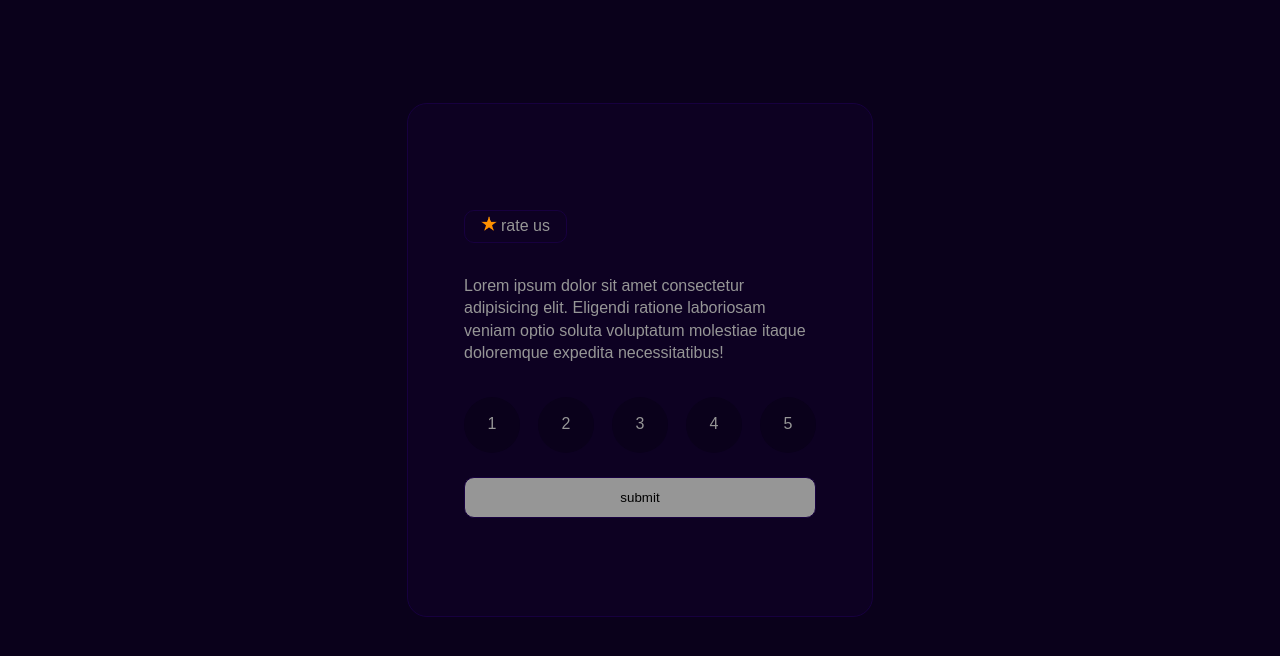
Repository: russel-success/xcodepp-TASK-2
Page: index.html
An editor plug-in stored every save of this project. The page is shown before and after a run of saves, followed by the edit.
The browser window is 1280 px wide. The pictures show the whole page.

Above is the page before, as saved 2024-05-25 10:18:18.

### index.html
<!DOCTYPE html>
<html lang="en">
<head>
    <meta charset="UTF-8">
    <meta name="viewport" content="width=device-width, initial-scale=1.0">
    <link rel="stylesheet" href="styles/styles.css">
    <title>Ratings</title>
</head>
<body>
    <div class="container">
        <div class="card-container">
            <div class="rate-us">
                <span><img src="assets/star.png" alt=""></span><span><p>rate us</p></span>
            </div>
            <div class="body-text-container"><p class="body-text">Lorem ipsum dolor sit amet consectetur adipisicing elit. Eligendi ratione laboriosam veniam optio soluta voluptatum molestiae itaque doloremque expedita necessitatibus!</p>
            </div>
            <div class="ratings-container">
                <div class="rating">1</div>
                <div class="rating">2</div>
                <div class="rating">3</div>
                <div class="rating">4</div>
                <div class="rating">5</div>
            </div>
            <div class="button-container"><button class="submit">submit</button></div>
        </div>
    </div>
    <script src="script.js"></script>
</body>
</html>

### styles/styles.css
/* :root{
    --prim-purple:rgb(8, 1, 30)
} */
*{
    padding:0;
    margin:0;
}
.container{
    background:rgb(10, 1, 27);
    width:100vw;
    height:100vh;
    display:flex;
    justify-content: center;
    align-items: center;
}
.card-container{
    width:30%;
    min-width:240px;
    height:60%;
    min-height:250px;
    box-sizing:content-box;
    padding:40px;
    margin:24px;
    border-radius: 20px;
    border:1px solid rgb(23, 0, 63);
    background:rgb(13, 1, 34);
    color:rgb(150, 150, 150);
    font-family:Arial, Helvetica, sans-serif;
    line-height: 1.4rem;
    font-weight:100;
    display:flex;
    /* align-items:center; */
    justify-content: center;
    flex-direction:column;
}
.rate-us{
    display: flex;
    justify-content:left;
    align-items: center;
    gap:4px;
    margin:16px;
    padding:4px 16px;
    border:1px solid rgb(23, 0, 63);
    border-radius:10px;
    width:fit-content;
    height:fit-content;
}
.rate-us img{
    width:16px;
}
.body-text-container{
    width:fit-content;
    height:fit-content;
    padding:16px;
}
.body-text{
    color:inherit;
}
.ratings-container{
    display:flex;
    justify-content:space-between;
    align-items: center;
    width:auto;
    height:56px;
    /* border:1px solid white; */
    margin:16px;
}
.rating{
    /* border:1px solid white; */
    width:56px;
    height:56px;
    /* min-width:40px;
    min-height:40px; */
    text-align:center;
    align-content:center;
    border-radius:28px;
    background:rgb(10, 1, 27);
    color:rgb(150, 150, 150);
    transition:background 0.2s ease;
    cursor:pointer;
}
/* .rating:hover{
    background:rgb(150, 150, 150);
    color:rgb(13, 1, 34);
} */

.chosen-rating{
    background:rgb(255, 145, 0);
    color:rgb(13, 1, 34);
}
.button-container{
    display:flex;
    justify-content:center;
    align-items: center;
    width:auto;
    padding:8px 16px;
}
.submit{
    width:100%;
    height:fit-content;
    padding:12px 0;
    border-radius:10px;
    border:1px solid rgb(23, 0, 63);
    background:rgb(150, 150, 150);
    transition:background 0.2s ease;
    cursor:pointer;
}
@media screen and (max-width:360px){
   text{
    font-size:0.9rem;
   }
   .card-container{
    height:40%;
    padding:32px;
   }
   .rating{
    width:40px;
    height:40px;
    border-radius:20px;
    font-size:0.8rem;
   }
}

### script.js
var ratings=document.querySelectorAll(".rating");
const submit_btn=document.querySelector(".submit");
console.log(ratings[1].textContent);
ratings.forEach(element=>{
    element.addEventListener("click",()=>{
        ratings.forEach(element=>{
            element.classList.remove('chosen-rating');
        })
        element.classList.add('chosen-rating');
       for(var i=0; i<element.textContent; i++){
        ratings[i].classList.add('chosen-rating');
       }
       submit_btn.style.background="rgb(255, 145, 0)";
    });

});

After the next 2 saves:
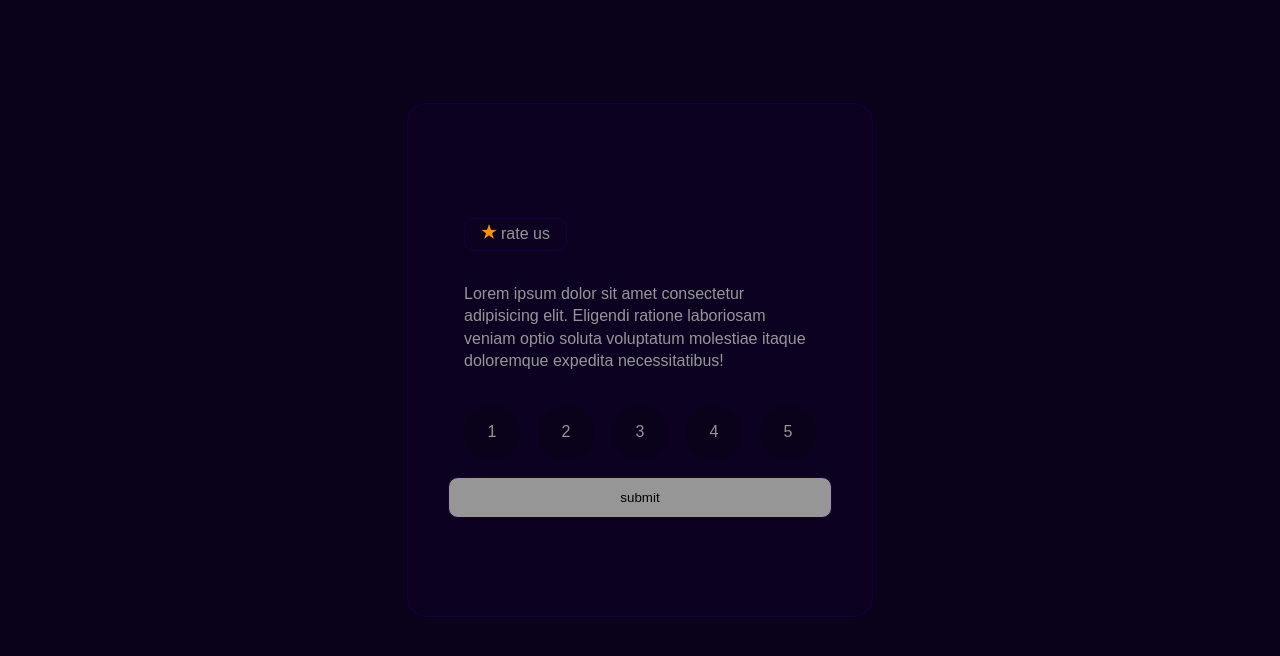
The 2 saves are shown as one change because they came seconds apart.
The last was saved 43 s later.
--- a/styles/styles.css
+++ b/styles/styles.css
@@ -93,6 +93,7 @@
     justify-content:center;
     align-items: center;
     width:auto;
+    height:
     padding:8px 16px;
 }
 .submit{

After the save that followed:
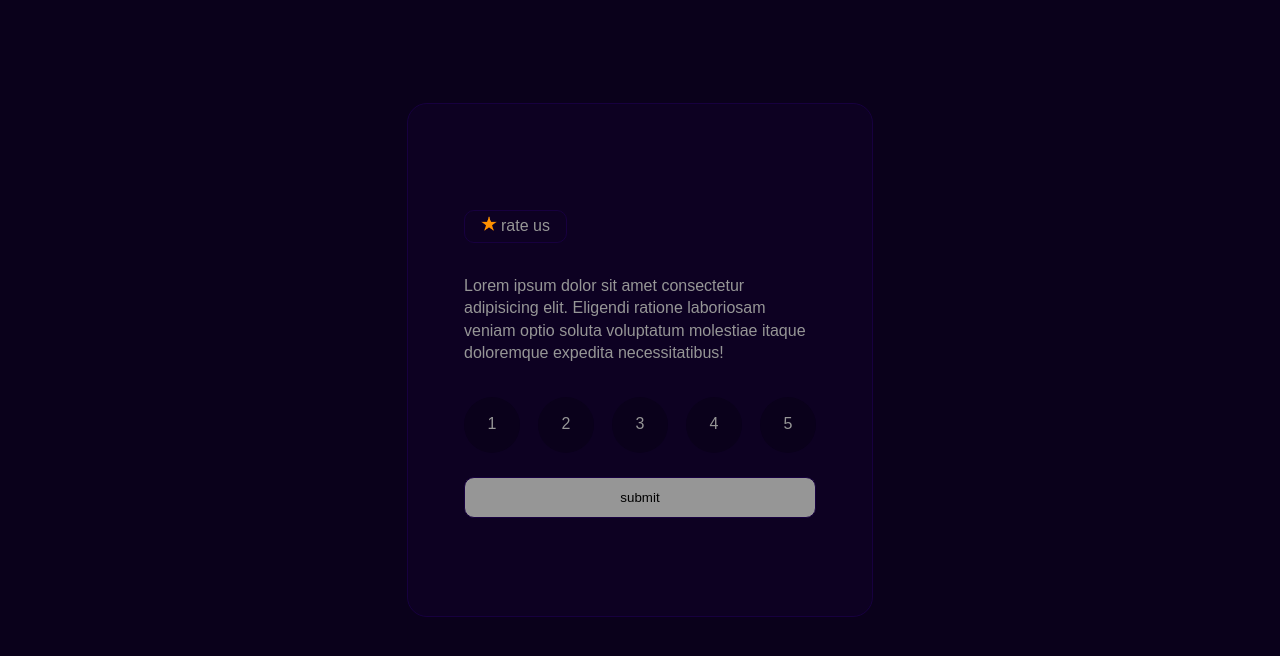
Saved 8 s later.
--- a/styles/styles.css
+++ b/styles/styles.css
@@ -93,7 +93,7 @@
     justify-content:center;
     align-items: center;
     width:auto;
-    height:
+    height:auto;
     padding:8px 16px;
 }
 .submit{
